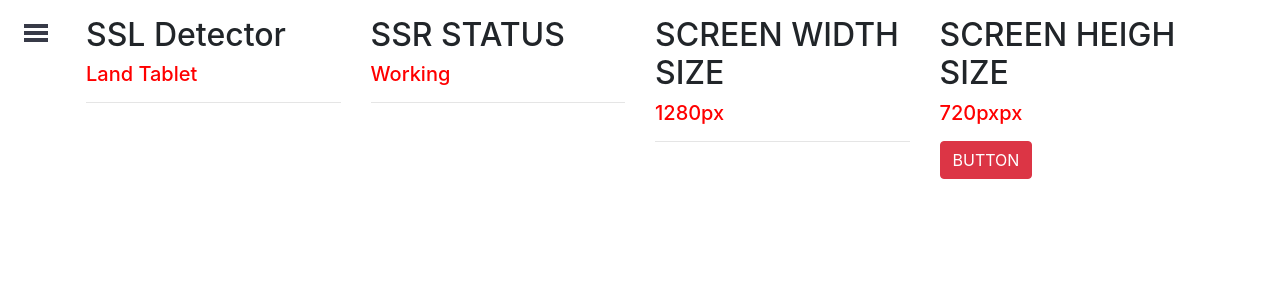
Repository: adrihle/screen-detector-nextpwa
Page: /
The author's editor kept a copy of each file at every save. The page is drawn from the files as they stood at one save, then again after the next save.
The browser window is 1280 px wide. The pictures show the whole page.
The project was rebuilt for these pictures with package versions that can differ from the ones it lists, and the page was loaded fresh each time. The framework's server and built-in components were replaced by stand-ins that run in the browser. Imported but missing from the stored project, and not drawn on this page: pages/_document.

Above is the page before, as saved 2020-12-29 18:53:22.

After the next save:
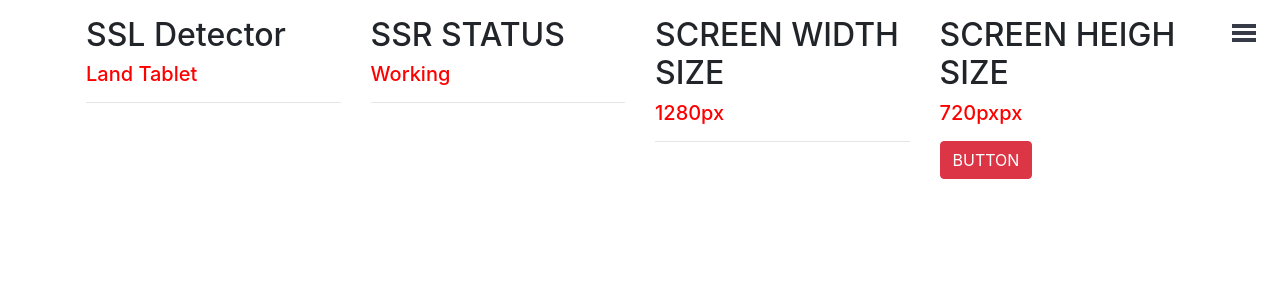
Saved 54 s later.
--- a/components/navigation/mobile.tsx
+++ b/components/navigation/mobile.tsx
@@ -5,7 +5,7 @@ var styles = {
       position: 'fixed',
       width: '24px',
       height: '18px',
-      left: '1.5em',
+      right: '1.5em',
       top: '1.5em'
     },
     bmBurgerBars: {
